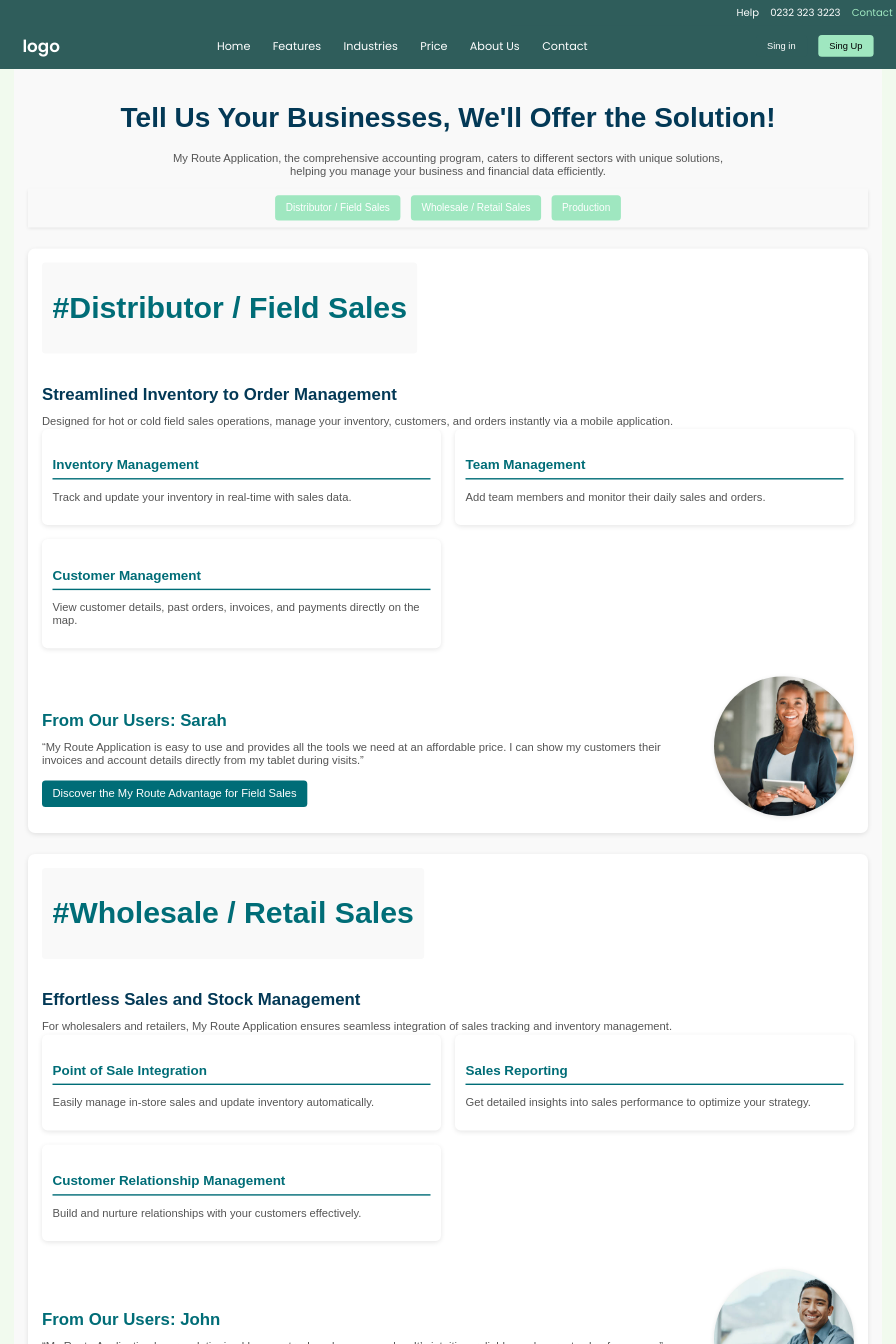
Repository: senolinanyasar/myrouteapplication
Page: /industries
An editor plug-in stored every save of this project. The page is shown before and after the next save, followed by the edit.
The browser window is 1280 px wide. The pictures show the part of the page from y = 0 to 1920 px (the page is 3406 px tall), at 70% of full size.
The project was rebuilt for these pictures with package versions that can differ from the ones it lists, and the page was loaded fresh each time. Also part of the build but not shown: vite.config.js, src/components/HeroSection.css, src/components/HeroSection.js, src/components/FeaturesSection.css, src/components/FeaturesSection.js, src/components/PricingSection.css, src/components/PricingSection.js, src/components/SupportSection.css and 6 more.

Above is the page before, as saved 2024-11-17 23:09:21.

After the next save:
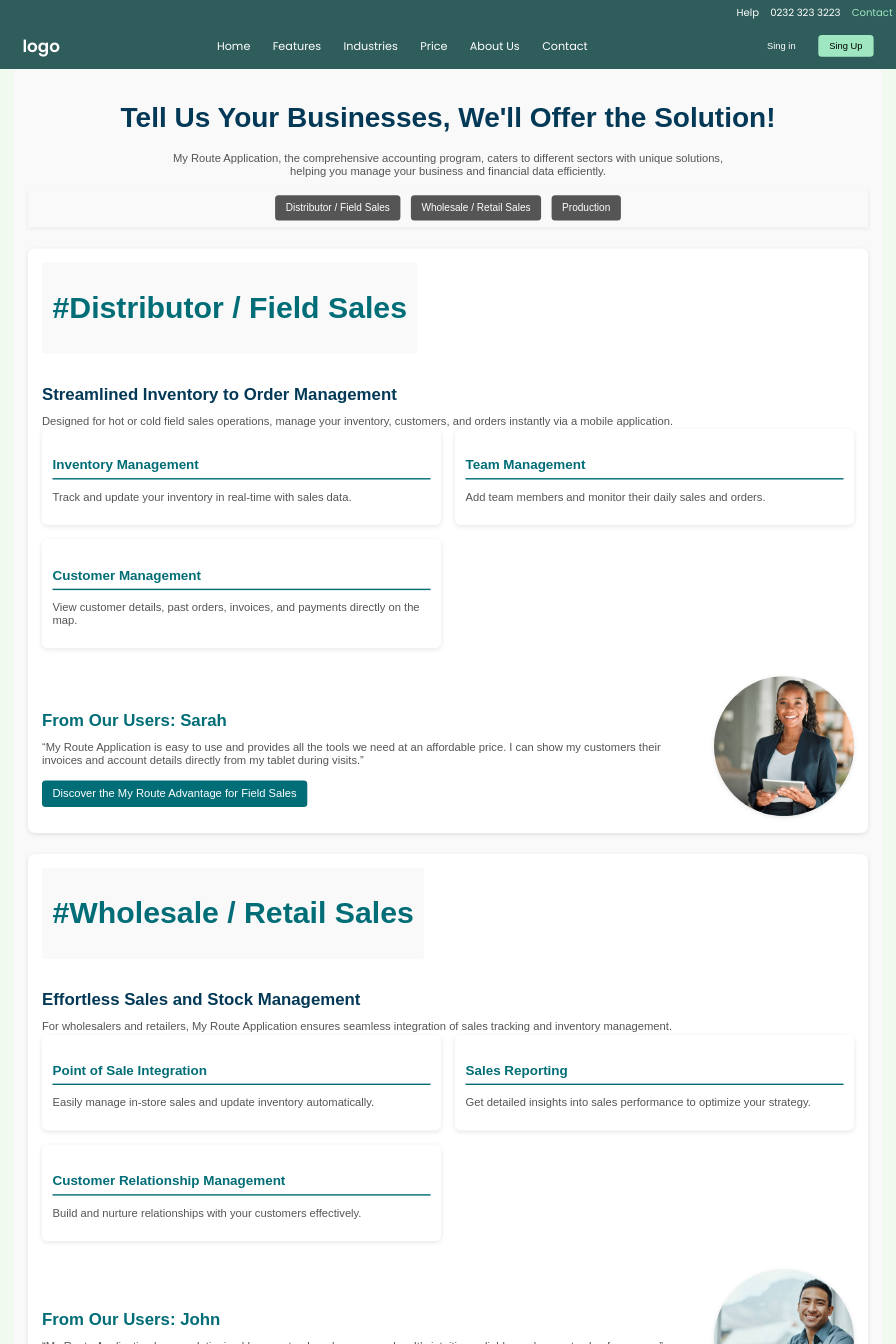
Saved 101 s later.
--- a/src/components/IndustriesPage.css
+++ b/src/components/IndustriesPage.css
@@ -41,7 +41,7 @@
     padding: 10px 15px;
     border: none;
     border-radius: 5px;
-    background-color: #9fe7c0;
+    background-color: #555;
     color: #fff;
     cursor: pointer;
     font-size: 0.9rem;
@@ -49,7 +49,7 @@
 }
 
 .industry-button:hover {
-    background-color: #005259;
+    background-color: #9fe7c0;
 }
 
 .industry-section {

After the save that followed:
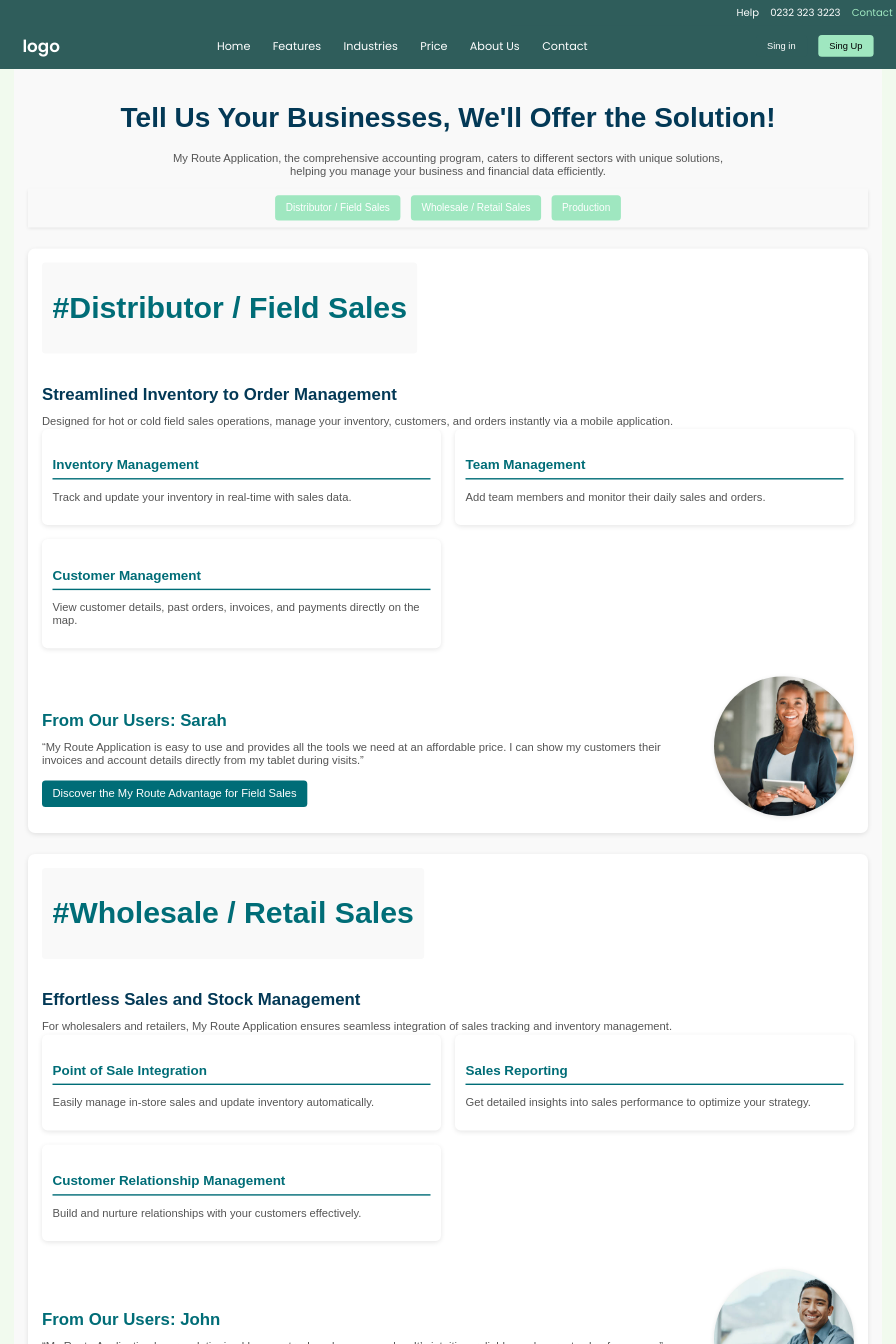
Saved 102 s later.
--- a/src/components/IndustriesPage.css
+++ b/src/components/IndustriesPage.css
@@ -41,7 +41,7 @@
     padding: 10px 15px;
     border: none;
     border-radius: 5px;
-    background-color: #555;
+    background-color: #9fe7c0;
     color: #fff;
     cursor: pointer;
     font-size: 0.9rem;
@@ -49,7 +49,7 @@
 }
 
 .industry-button:hover {
-    background-color: #9fe7c0;
+    background-color: #c3f2d0;
 }
 
 .industry-section {
